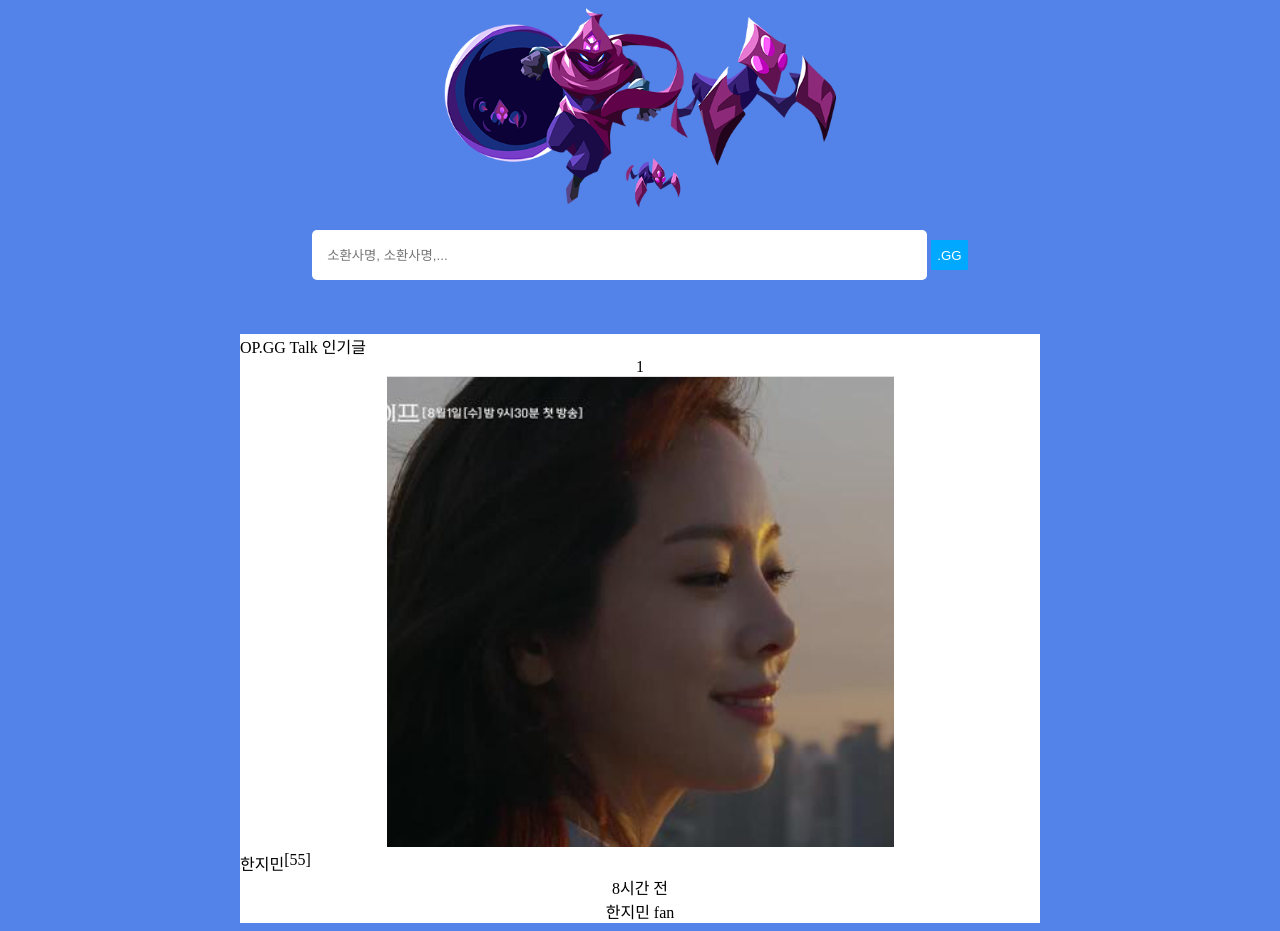
Repository: KuTaeMo/PROJECT---JAVA.GG
Page: http://localhost/javagg/layout/home.jsp
These files come from the project's save history. The page is drawn as it stood at one moment and after the next save; the edit follows.
The browser window is 1280 px wide. The pictures show the whole page.
The page is served by Tomcat 9.

Above is the page before, as saved 2021-03-09 06:50:23.

### JSP/javagg/WebContent/layout/home.jsp
<%@ page language="java" contentType="text/html; charset=UTF-8"
	pageEncoding="UTF-8"%>
<!DOCTYPE html>
<html>
<link rel="stylesheet" href="../css/style.css">
<head>
<meta charset="UTF-8">
<title>Insert title here</title>
</head>
<body style="background-color: #5383E8">

	<!-- 컨테이너 -->
	<div id="home_container" align="center">

		<!-- 로고 -->
		<div id="home_logo">
			<img style="height: 200px" src="../assets/img/mainpic.png" /> <br />
		</div>

		<br />

		<!-- 검색창 -->
		<div id="home_input">
			<input type="text" name="searchUser" id="searchUser"
				placeholder="소환사명, 소환사명,..."
				style="width: 600px; height: 40px; border-radius: 5px; padding: 5px 0 5px 15px;">
			<button id="home_search_button">.GG</button>
		</div>

		<br /> <br /> <br />

		<!-- 인기글 -->
		<div id="home_hot_post_container">
			<div align="left">OP.GG Talk 인기글</div>
			<div id="post_box">

				<div id="post_rank">1</div>
				<div id="post_pic">
					<img src="../assets/img/pic1.png" />
				</div>

				<div style="">
					<div style="display: flex;">
						<div id="post_title">한지민</div>
						<div id="post_comment_count">[55]</div>
					</div>
					<div>
						<div id="post_timestamp">8시간 전</div>
						<div id="username">한지민 fan</div>
					</div>

				</div>


			</div>
		</div>

	</div>



</body>
</html>

### JSP/javagg/WebContent/css/style.css
@charset "UTF-8";

#searchUser{
	border: 0;
}
#searchUser:focus{
	outline: none;
}
#home_search_button {
	background-color: #00A9FF;
	color: white;
	border: none;
	border-radius: 1px;
	height: 30px;
	font-style: bold;
}

#home_search_button:focus {
	outline: none;
}

#home_hot_post_container{
	background-color: white;
	width: 800px;
}

After the next save:
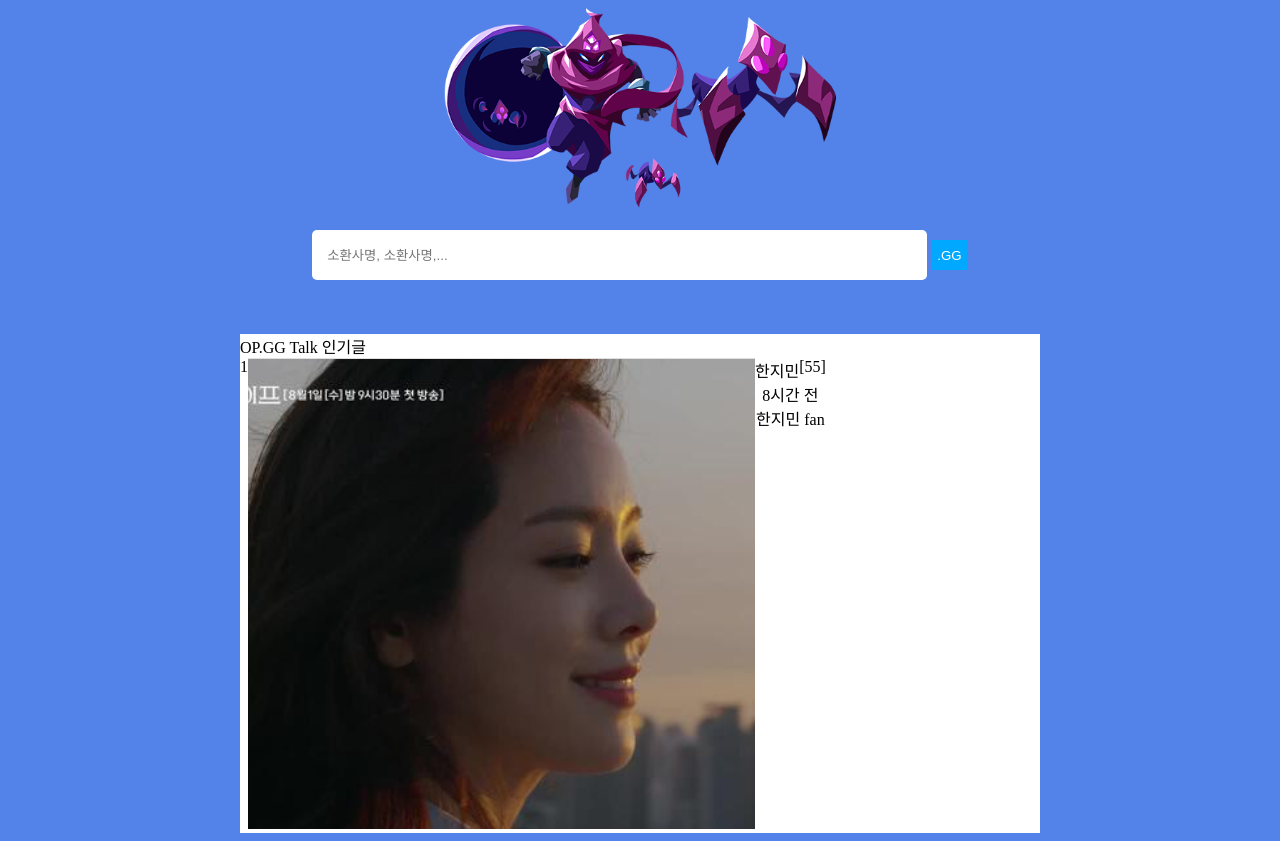
Saved 16 s later.
--- a/JSP/javagg/WebContent/layout/home.jsp
+++ b/JSP/javagg/WebContent/layout/home.jsp
@@ -32,7 +32,7 @@
 		<!-- 인기글 -->
 		<div id="home_hot_post_container">
 			<div align="left">OP.GG Talk 인기글</div>
-			<div id="post_box">
+			<div id="post_box" style="display: flex;">
 
 				<div id="post_rank">1</div>
 				<div id="post_pic">
